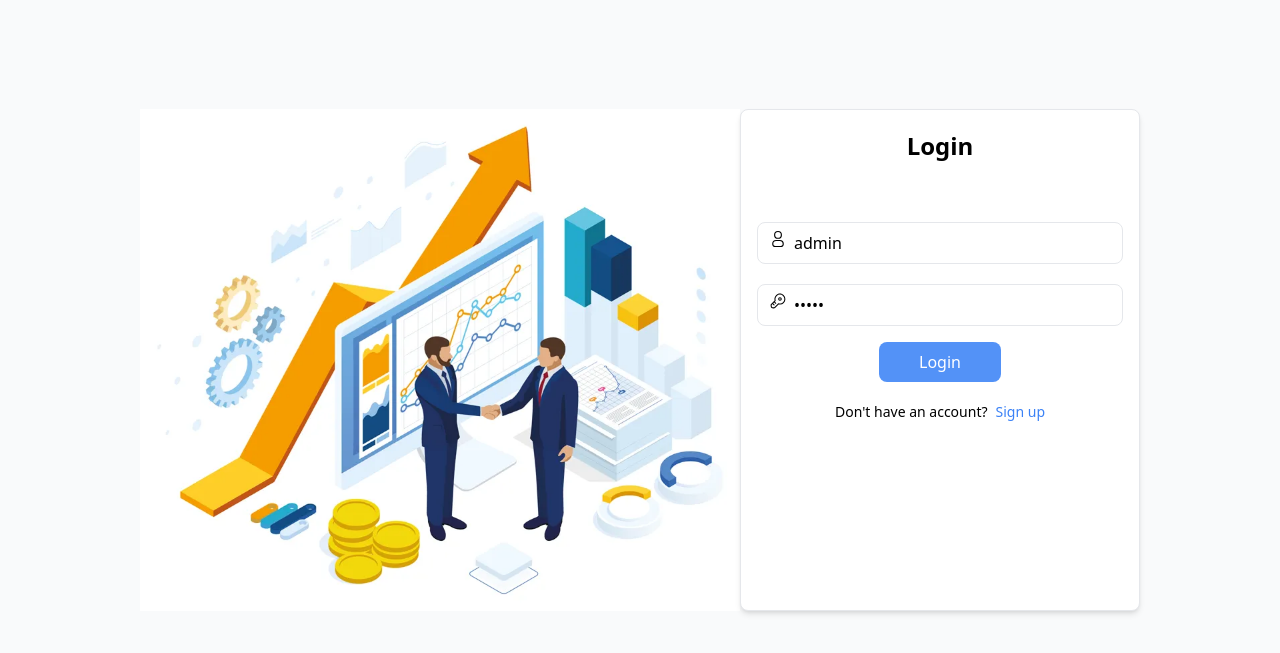
Repository: Fortivera/yourestate
Page: /
An editor plug-in stored every save of this project. The page is shown before and after the next save, followed by the edit.
The browser window is 1280 px wide. The pictures show the whole page.
The project was rebuilt for these pictures with package versions that can differ from the ones it lists, and the page was loaded fresh each time. The framework's server and built-in components were replaced by stand-ins that run in the browser. Also part of the build but not shown: next.config.js.

Above is the page before, as saved 2023-11-02 15:07:40.

### src/app/layout.tsx
import './globals.css'



export const metadata = {
  title: 'Home',
  description: "great explanation of something",
}

export default function RootLayout({ children }: { children: React.ReactNode }) {
  return (
    <html lang="en">
      <body>
        {children}
      </body>
    </html>
  );
}

### src/app/page.tsx
import Link from "next/link"
import Image from "next/image"
import SvgNewUser from "public/static/SvgNewUser"
import SvgPassword from "public/static/SvgPassword"

export default function Login() {
  return (
    <div className="min-h-screen bg-gray-50 flex items-center justify-center">
      <div className="flex justify-center items-center w-full px-4 py-10 tablet:w-[540px] ">
        <div className="flex laptop:flex-row tablet:flex-col mobile:flex-col">
          <figure className="laptop:w-[600px]  ">
            <Image src="/static/growth.jpg" alt="login page picture" layout="responsive" width={500} height={700} className={""} />
          </figure>
          <div className="flex flex-col items-center w-[400px] px-4 pb-6 pt-5 bg-white border rounded-lg shadow-md">
            <h1 className="text-2xl font-semibold text-center mb-4">Login</h1>

            <div className="w-full mt-10 mb-4 relative">
              <label className="text-sm" htmlFor="Name">
                <SvgNewUser width={18} height={18} className={"absolute left-3 top-3"} />
              </label>
              <input defaultValue="admin" id="Name" type="text" name="Name" placeholder="Username" autoComplete="given-name" required className="block w-full border rounded-lg py-2 pl-9 mt-1 focus:ring focus:ring-blue-300" />
            </div>

            <div className="w-full mb-4 relative">
              <label className="text-sm" htmlFor="Password">
                <SvgPassword width={18} height={18} className={"absolute left-3 top-3"} />
              </label>
              <input defaultValue="admin" id="Password" type="password" name="Password" placeholder="Password" required className="block w-full border rounded-lg py-2 pl-9 mt-1 focus:ring focus:ring-blue-300" />
            </div>

            <button type="button" aria-label="Sign-in button" className="bg-[#5392f7] text-white rounded-lg w-1/3 py-2 mb-4 hover:bg-[#3b83f6]">
              <Link href="/dashboard">Login</Link>
            </button>
            <div className="flex text-sm justify-center">
              <div className="p-1">Don't have an account?</div>
              <Link href="/user" className="text-blue-500 hover:underline p-1">
                Sign up
              </Link>
            </div>
          </div>
        </div>
      </div>
    </div>
  )
}

### src/app/globals.css

@import url('https://fonts.googleapis.com/css2?family=Lora:ital,wght@0,400;0,500;0,600;1,400;1,500;1,600&family=Montserrat:ital,wght@0,300;0,400;0,500;0,600;1,300;1,400;1,500;1,600&family=Poppins:ital,wght@0,300;0,400;0,500;0,600;0,700;0,800;0,900;1,300;1,400;1,500;1,600;1,700;1,800;1,900&family=Noto+Sans:ital,wght@0,300;0,400;0,500;0,600;0,700;0,800;0,900;1,300;1,400;1,500;1,600;1,700;1,800;1,900&display=swap');

@tailwind base;
@tailwind components;
@tailwind utilities;

.navbarDark{
  background-color:rgb(45 48 56 );
  color: #ddd;
}
.navbarLight {
  background-color: rgb(59 130 246 / 0.5);
  color: black;
}
.propertyListLight {
  background-color: rgb(249 250 251);
  color: black;
  border-color: rgb(229 231 235);
  }
.propertyListDark {
  background-color:rgb(45 48 56 / 0.95);
  color: #ddd;

}
.searchbarLight {
  background-color: rgb(248 250 252);
  color: black;

}
.searchbarDark {
  background-color:rgb(100 116 139 / 0.6);
  color: #ddd;
}
.propertyLight {
  background-color: rgb(249 250 251);
  color: black;

}
.propertyDark {
  background-color:rgb(45 48 56 / 0.95);
  color: #ddd;
}

### public/static/SvgNewUser.tsx
import * as React from "react"
import { SVGProps } from "react"
const SvgNewUser = (props: SVGProps<SVGSVGElement>) => (
  <svg
    xmlns="http://www.w3.org/2000/svg"
    width={800}
    height={800}
    fill="none"
    viewBox="0 0 24 24"
    {...props}
  >
    <g fill="#000" fillRule="evenodd" clipRule="evenodd">
      <path d="M12 2.75a3.75 3.75 0 1 0 0 7.5 3.75 3.75 0 0 0 0-7.5ZM6.75 6.5a5.25 5.25 0 1 1 10.5 0 5.25 5.25 0 0 1-10.5 0ZM4.25 18.571a5.321 5.321 0 0 1 5.321-5.321h4.858a5.321 5.321 0 0 1 5.321 5.321 4.179 4.179 0 0 1-4.179 4.179H8.43a4.179 4.179 0 0 1-4.179-4.179Zm5.321-3.821a3.821 3.821 0 0 0-3.821 3.821c0 1.48 1.2 2.679 2.679 2.679h7.142c1.48 0 2.679-1.2 2.679-2.679 0-2.11-1.71-3.821-3.821-3.821H9.57Z" />
    </g>
  </svg>
)
export default SvgNewUser

### public/static/SvgPassword.tsx
import * as React from "react"
import { SVGProps } from "react"
const SvgPassword = (props: SVGProps<SVGSVGElement>) => (
    <svg
        xmlns="http://www.w3.org/2000/svg"
        width={800}
        height={800}
        fill="none"
        viewBox="0 0 24 24"
        {...props}
    >
        <g fill="#000" fillRule="evenodd" clipRule="evenodd">
            <path d="M4.51 14.999a.689.689 0 0 1 .975 0l1.75 1.749a.689.689 0 0 1-.975.974l-1.75-1.75a.689.689 0 0 1 0-.973ZM6.698 12.812a.689.689 0 0 1 .974 0l1.749 1.75a.689.689 0 0 1-.974.974l-1.75-1.75a.689.689 0 0 1 0-.974Z" />
            <path d="M18.752 5.232c-2.32-2.313-6.075-2.312-8.386 0h-.001c-1.612 1.604-2.1 3.915-1.472 5.958.075.243.009.509-.172.69L3.74 16.86a.975.975 0 0 0-.184.341.912.912 0 0 0-.055.38l.001.006.262 1.901a.912.912 0 0 0 .262.474.857.857 0 0 0 .462.256l1.913.263c.08.012.223.003.385-.05a.838.838 0 0 0 .324-.177l.008-.007 4.995-4.986a.688.688 0 0 1 .692-.17c2.028.634 4.34.14 5.956-1.466a5.94 5.94 0 0 0-.009-8.393Zm-9.36-.975c2.85-2.85 7.475-2.848 10.332 0 2.86 2.849 2.86 7.493.01 10.342l-.001.002A7.316 7.316 0 0 1 12.8 16.52l-4.707 4.698a2.19 2.19 0 0 1-.883.523c-.309.1-.668.152-1.006.104h-.003L4.3 21.582c-.491-.069-.928-.326-1.25-.65a2.279 2.279 0 0 1-.649-1.24l-.001-.01-.262-1.902v-.003a2.26 2.26 0 0 1 .111-1.012c.102-.305.27-.625.505-.868l.007-.007 4.703-4.702c-.591-2.404.043-5.056 1.928-6.932Z" />
            <path d="M14.62 8.302a1.06 1.06 0 1 0 0 2.121 1.06 1.06 0 0 0 0-2.121Zm-2.438 1.06a2.438 2.438 0 1 1 4.876 0 2.438 2.438 0 0 1-4.877 0Z" />
        </g>
    </svg>
)
export default SvgPassword

### tailwind.config.js
/* eslint-disable prettier/prettier */
/** @type {import('tailwindcss').Config} */
module.exports = {
  content: [
    "./app/**/*.{js,ts,jsx,tsx}",
    "./pages/**/*.{js,ts,jsx,tsx}",
    "./components/**/*.{js,ts,jsx,tsx}",

    // Or if using `src` directory:
    "./src/**/*.{js,ts,jsx,tsx}",
  ],
  theme: {
    extend: {
      fontFamily: {
        Poppins: ["Poppins", "sans-serif"],
        Montserrat: ["Montserrat", "sans-serif"],
        Lora: ["Lora", "sans-serif"],
        Noto: ["Noto Sans", "sans-serif"],
      },
      screens: {
        'mobile': "320px",
        'tablet': "481px",
        'laptop': "769px",
       ' desktop': "1025px",
      },


    },
    plugins: [],
  },
}

After the next save:
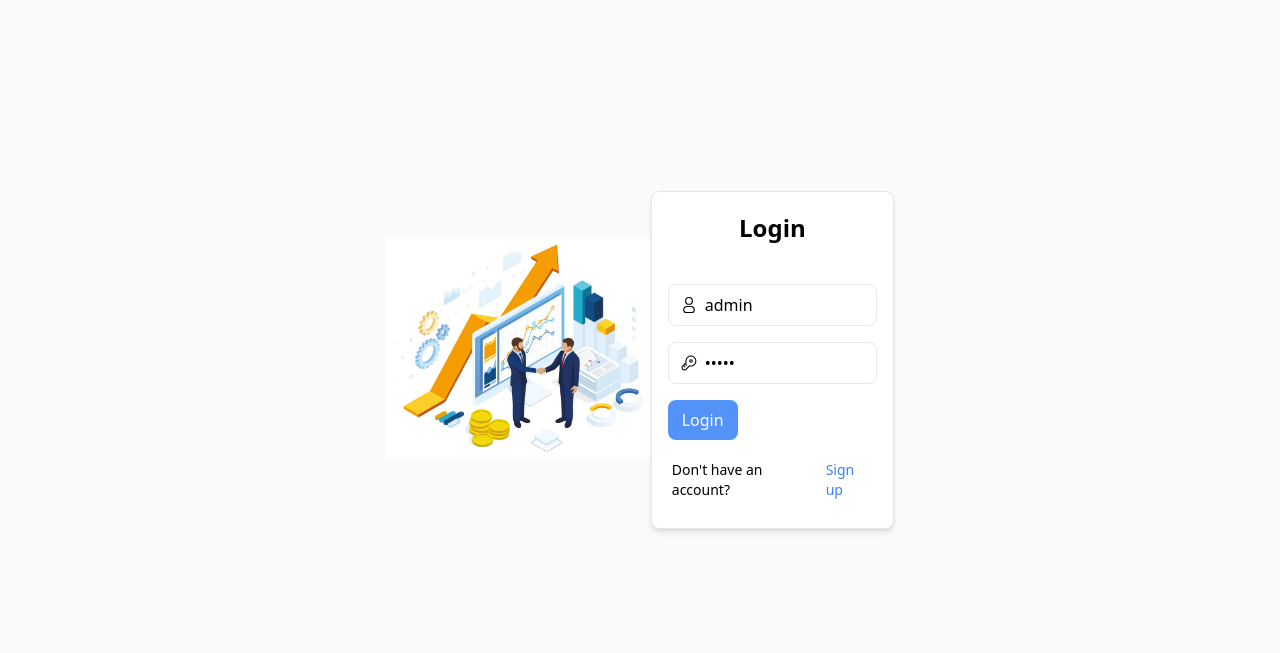
Saved 19 s later.
--- a/src/app/page.tsx
+++ b/src/app/page.tsx
@@ -1,33 +1,56 @@
-import Link from "next/link"
-import Image from "next/image"
-import SvgNewUser from "public/static/SvgNewUser"
-import SvgPassword from "public/static/SvgPassword"
+import Link from "next/link";
+import Image from "next/image";
+import SvgNewUser from "public/static/SvgNewUser";
+import SvgPassword from "public/static/SvgPassword";
 
 export default function Login() {
   return (
     <div className="min-h-screen bg-gray-50 flex items-center justify-center">
-      <div className="flex justify-center items-center w-full px-4 py-10 tablet:w-[540px] ">
-        <div className="flex laptop:flex-row tablet:flex-col mobile:flex-col">
-          <figure className="laptop:w-[600px]  ">
-            <Image src="/static/growth.jpg" alt="login page picture" layout="responsive" width={500} height={700} className={""} />
+      <div className="flex justify-center items-center w-full px-4 py-10 tablet:w-[540px]">
+        <div className="flex flex-col items-center w-full laptop:flex-row tablet:flex-col mobile:flex-col">
+          {/** Image */}
+          <figure className="w-full laptop:w-[600px] mb-6">
+            <Image
+              src="/static/growth.jpg"
+              alt="login page picture"
+              layout="responsive"
+              width={600}  // Set the width for desktop/laptop view
+              height={700}
+              className="max-w-full"
+            />
           </figure>
-          <div className="flex flex-col items-center w-[400px] px-4 pb-6 pt-5 bg-white border rounded-lg shadow-md">
+          {/** Form */}
+          <div className="w-full px-4 pb-6 pt-5 bg-white border rounded-lg shadow-md">
             <h1 className="text-2xl font-semibold text-center mb-4">Login</h1>
-
             <div className="w-full mt-10 mb-4 relative">
               <label className="text-sm" htmlFor="Name">
                 <SvgNewUser width={18} height={18} className={"absolute left-3 top-3"} />
               </label>
-              <input defaultValue="admin" id="Name" type="text" name="Name" placeholder="Username" autoComplete="given-name" required className="block w-full border rounded-lg py-2 pl-9 mt-1 focus:ring focus:ring-blue-300" />
+              <input
+                defaultValue="admin"
+                id="Name"
+                type="text"
+                name="Name"
+                placeholder="Username"
+                autoComplete="given-name"
+                required
+                className="block w-full border rounded-lg py-2 pl-9 mt-1 focus:ring focus:ring-blue-300"
+              />
             </div>
-
             <div className="w-full mb-4 relative">
               <label className="text-sm" htmlFor="Password">
                 <SvgPassword width={18} height={18} className={"absolute left-3 top-3"} />
               </label>
-              <input defaultValue="admin" id="Password" type="password" name="Password" placeholder="Password" required className="block w-full border rounded-lg py-2 pl-9 mt-1 focus:ring focus:ring-blue-300" />
+              <input
+                defaultValue="admin"
+                id="Password"
+                type="password"
+                name="Password"
+                placeholder="Password"
+                required
+                className="block w-full border rounded-lg py-2 pl-9 mt-1 focus:ring focus:ring-blue-300"
+              />
             </div>
-
             <button type="button" aria-label="Sign-in button" className="bg-[#5392f7] text-white rounded-lg w-1/3 py-2 mb-4 hover:bg-[#3b83f6]">
               <Link href="/dashboard">Login</Link>
             </button>
@@ -41,5 +64,5 @@ export default function Login() {
         </div>
       </div>
     </div>
-  )
+  );
 }
